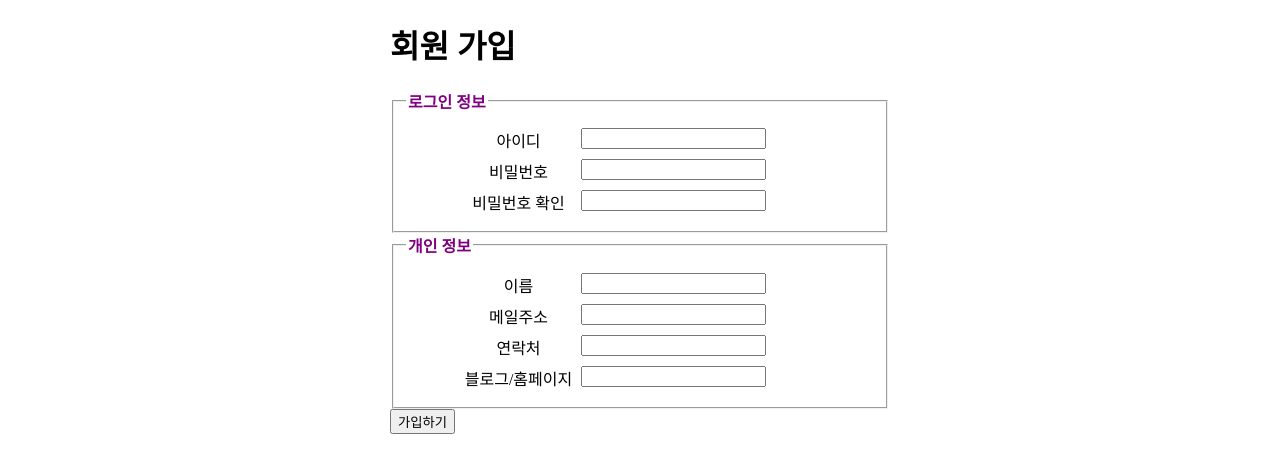
Repository: b1996om/HTML-CSS_study
Page: Practice/public/prac_04.html
An editor plug-in stored every save of this project. The page is shown before and after the next save, followed by the edit.
The browser window is 1280 px wide. The pictures show the whole page.

Above is the page before, as saved 2022-12-12 06:56:30.

After the next save:
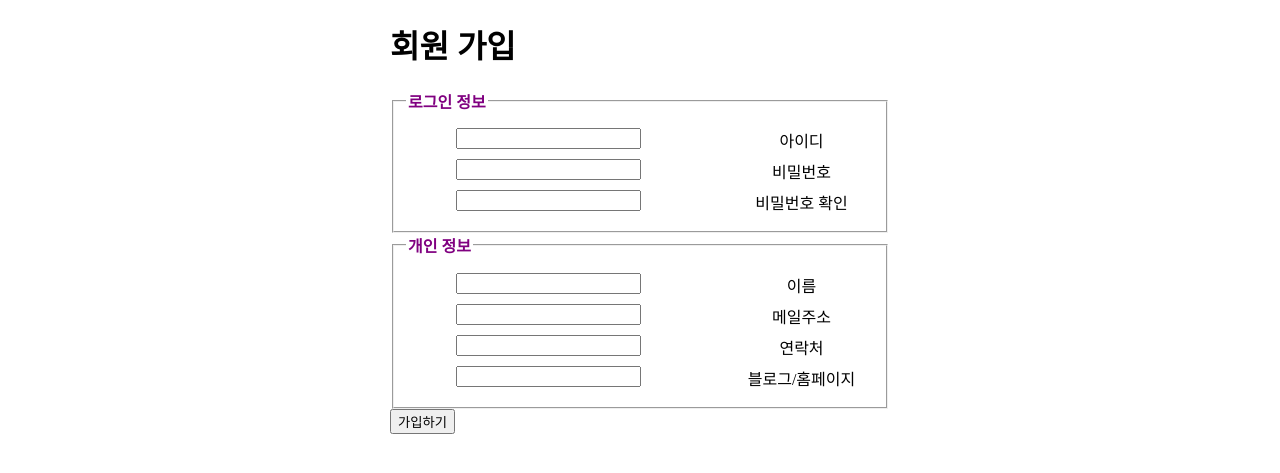
Saved 6 s later.
--- a/Practice/public/prac_04.html
+++ b/Practice/public/prac_04.html
@@ -22,7 +22,7 @@
 		}
 		li label{
 			width:125px;
-			float:left;
+			float:right;
 			text-align:center;
 		}
 		legend {

After the save that followed:
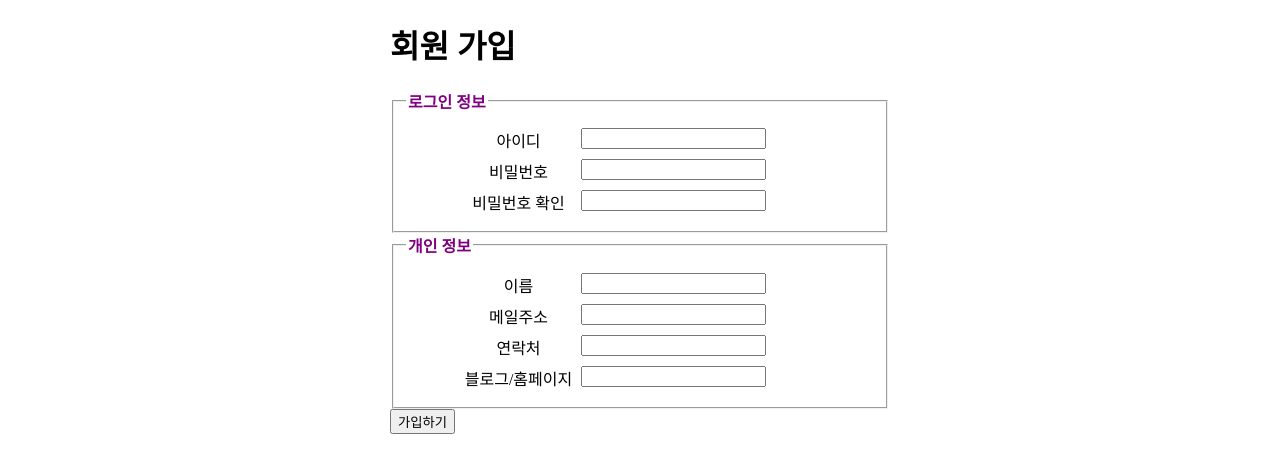
Saved 8 s later.
--- a/Practice/public/prac_04.html
+++ b/Practice/public/prac_04.html
@@ -22,7 +22,7 @@
 		}
 		li label{
 			width:125px;
-			float:right;
+			float:left;
 			text-align:center;
 		}
 		legend {
